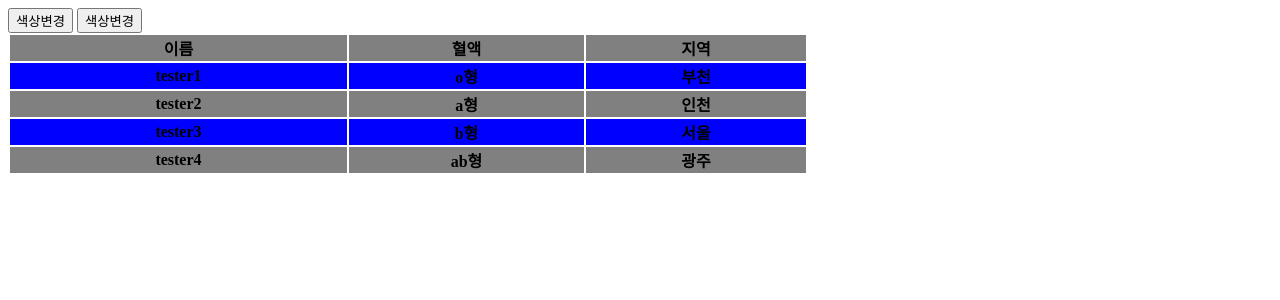
Repository: KYJIN1024/kic_jquery
Page: http://localhost/JQueryEx01/jquery11.jsp
These files come from the project's save history. The page is drawn as it stood at one moment and after the next save; the edit follows.
The browser window is 1280 px wide. The pictures show the whole page.
The page is served by Tomcat 9.

Above is the page before, as saved 2023-05-15 06:49:34.

After the next save:
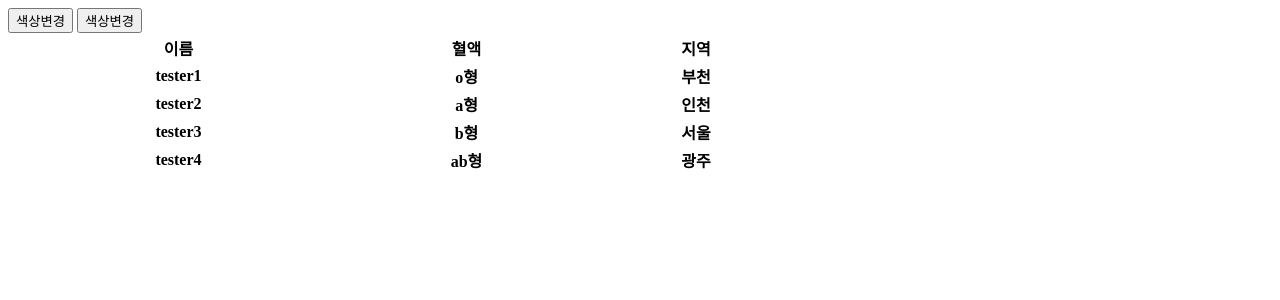
Saved 78 s later.
--- a/JQueryEx01/src/main/webapp/jquery11.jsp
+++ b/JQueryEx01/src/main/webapp/jquery11.jsp
@@ -13,8 +13,12 @@
 	$( document ).ready(function(){
 			$( 'table' ).css('width', '800' );
 
+
+
+		document.getElementById('btn1').onclick = function() {
 			$( 'tr:odd' ).css('background-color', 'blue' );
 			$( 'tr:even' ).css('background-color', 'gray' );
+		};
 	});
 
 
